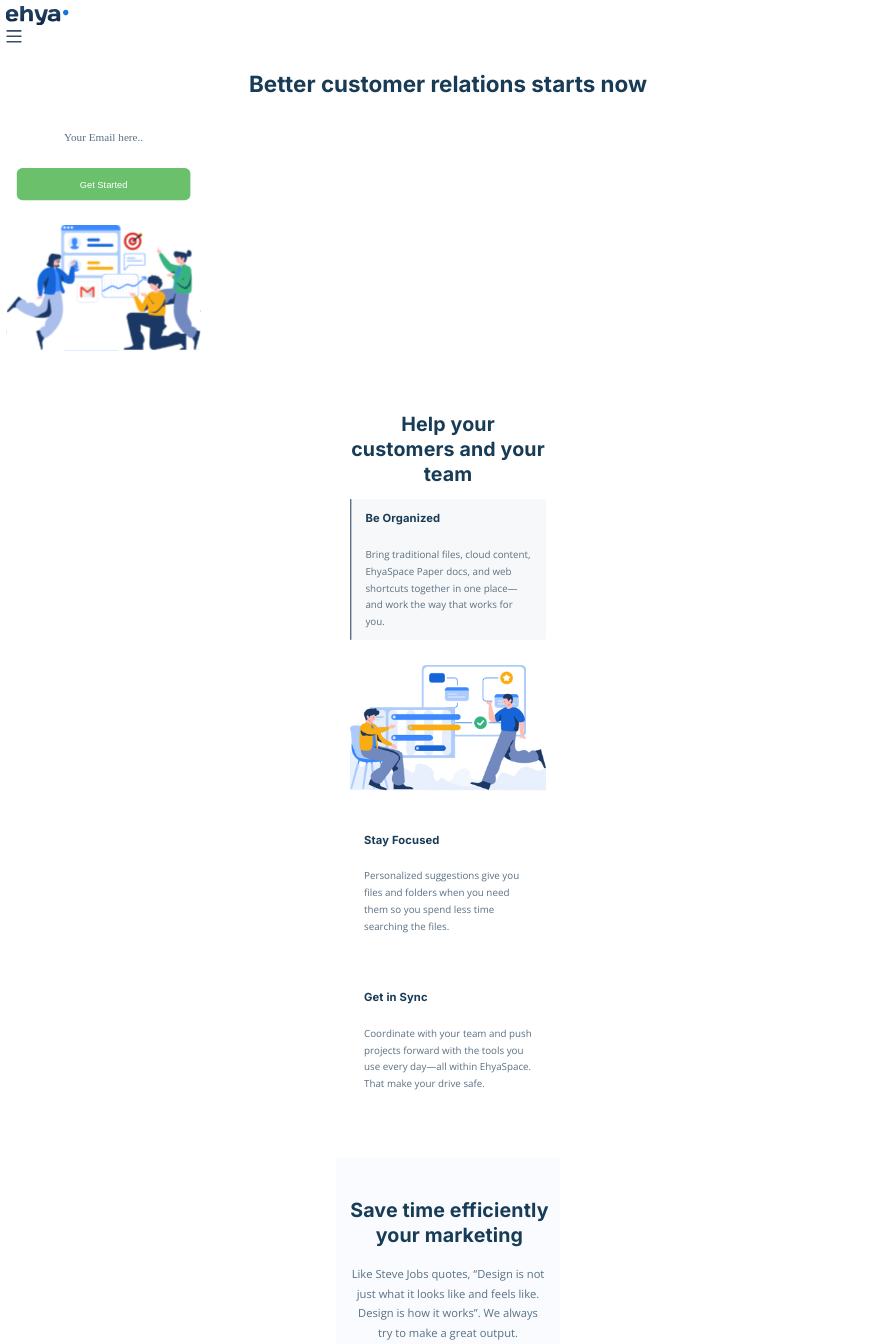
Repository: umlaufissss/provaFront
Page: HTML/index.html
These files come from the project's save history. The page is drawn as it stood at one moment and after the next save; the edit follows.
The browser window is 1280 px wide. The pictures show the part of the page from y = 0 to 1920 px (the page is 3531 px tall before and 3695 px after), at 70% of full size.
Some web fonts or font styles are not loaded; a fallback is used.

Above is the page before, as saved 2026-06-22 19:23:26.

### HTML/index.html
<!DOCTYPE html>
<html lang="pt-br">
<head>
    <meta charset="UTF-8">
    <meta name="viewport" content="width=device-width, initial-scale=1.0">
    <link rel="stylesheet" href="../CSS/style.css">
    <link href="https://fonts.googleapis.com/css2?family=Inter:ital,opsz,wght@0,14..32,100..900;1,14..32,100..900&family=Montserrat:ital,wght@0,100..900;1,100..900&family=Paytone+One&display=swap" rel="stylesheet">
    <link href="https://fonts.googleapis.com/css2?family=Inter:ital,opsz,wght@0,14..32,100..900;1,14..32,100..900&family=Montserrat:ital,wght@0,100..900;1,100..900&family=Open+Sans:ital,wght@0,300..800;1,300..800&family=Paytone+One&display=swap" rel="stylesheet">

    <title>Prova de Recuperação Front End</title>
</head>
<body>

    <header class="mainGrid">
        <section class="generalCard">

            <section class="topCima">

                <!-- logo -->
                <div class="sonnImg">
                    <img src="/assets/icons/Logo.svg" alt="logo">
                </div>

                <div class="menu">
                    <img src="/assets/icons/ic_Menu (1).svg" alt="menu">
                </div>

            </section>

            <section class="meio">
                <div class="phrase">
                        <h1>Better customer relations starts now<h1>
                </div>

                <div class="card">

                    <p>Your Email here..<p>

                    <button type="button" class="button-submit">Get Started</button>

                </div>

                <div class="imagemTop">
                    <img src="/assets/img/Customer Development.svg" alt="imagemInicio">
                </div>

            </section>




        </section>
    </header>


    <main class="masterBoard">

        <section class="hero" id="teamSuggestions">

            <!-- Aqui a linha não é quebrada como proposto no Figma,
             mas seus valores de width e height são idênticos no CSS
             VEJA: "#teamSuggestions h2" em style.css-->
            <h2>Help your customers and your team</h2>

            <article class="cardSuggestions" id="beOrganized">
                <h3>
                    Be Organized
                </h3>
                <p>
                    Bring traditional files, cloud content,
                    EhyaSpace Paper docs, and web
                    shortcuts together in one
                    place—and work the way that works
                    for you.
                </p>
            </article>

            <img src="../assets/img/Organize Operations.png" alt="Organize Operations with Your Team">

            <article class="cardSuggestions">
                <h3>
                    Stay Focused
                </h3>
                <p>
                    Personalized suggestions give you
                    files and folders when you need
                    them so you spend less time
                    searching the files.
                </p>
            </article>

            <article class="cardSuggestions">
                <h3>Get in Sync</h3>
                <p>
                    Coordinate with your team and push
                    projects forward with the tools you
                    use every day—all within EhyaSpace.
                    That make your drive safe.
                </p>
            </article>
        </section>

    </main>

        <section class="second" id="saveTime">

            <h2>
                Save time efficiently your marketing
            </h2>

            <p>
                Like Steve Jobs quotes, “Design is not
                just what it looks like and feels like.
                Design is how it works”. We always
                try to make a great output.
            </p>

            <a class="btnLearn" href="/">
                <button type="button" aria-label="Click here to learn more">
                    Learn More <img src="../assets/icons/arrow.png">
                </button>
            </a>

            <img class="woman" src="../assets/img/Woman Falling.png" alt="Woman learning marketing">

            <img class="line" id="dotted" src="../assets/img/Line.png">

            <article class="quoteAndries">

                <!-- Aqui a linha não é quebrada como proposto no Figma,
                 mas seus valores de width e height são idênticos no CSS
                 VEJA: "#saveTime .quoteAndries p" em style.css-->
                <p>
                    “In-context messaging lets us form 1:1
                    connections  with our users
                    more efficient.
                </p>

                <h3>Andries Grootoonk</h3>
                <h4>VP Quality Assurance</h4>

                <img src="../assets/img/LogoUnionBank.png" alt="Logo of Union Bank">
            </article>
        </section>

        <section class="third" id="support">
            <h2>We try to give all for our member</h2>
            <p>
                The customer journey differs for
                everybody—whether you use them
                together or on their own, our
                products are flexible enough to pave
                 the path that’s best for you.
            </p>

            <h3>The Support Site</h3>

            <a class="btnSupport" href="/">
                <button type="button" aria-label="Click here to have the full service experience">
                    The full service experience <img src="../assets/icons/whiteArrow.png">
                </button>
            </a>
        </section>

        <footer class="baseboard">
            <section class="principalBaseboard">
                <div class="cardFooter">
                    <h4>Product</h4>
                    <ul>
                        <li><a href="/">Landingpage</a></li>
                        <li><a href="/">Features</a></li>
                        <li><a href="/">Documentation</a></li>
                        <li><a href="/">Referral Program</a></li>
                        <li><a href="/">Pricing</a></li>
                    </ul>
                </div>

                <div class="cardFooter">
                    <h4>Services</h4>
                    <ul>
                        <li><a href="/">Documentation</a></li>
                        <li><a href="/">Design</a></li>
                        <li><a href="/">Themes</a></li>
                        <li><a href="/">Illustrations</a></li>
                        <li><a href="/">UI Kit</a></li>
                    </ul>
                </div>

                <div class="cardFooter">
                    <h4>Company</h4>
                    <ul>
                        <li><a href="/">About</a></li>
                        <li><a href="/">Terms</a></li>
                        <li><a href="/">Privacy Policy</a></li>
                        <li><a href="/">Careers</a></li>
                    </ul>
                </div>

                <div class="cardFooter">
                    <h4>More</h4>
                    <ul>
                        <li><a href="/">Documentation</a></li>
                        <li><a href="/">License</a></li>
                        <li><a href="/">Changelog</a></li>
                    </ul>
                </div>
            </section>

            <section class="bottomBaseboard">

                <div class="mainIcon">
                    <img src="/assets/icons/Logo.svg" alt="Logo 'ehya' do site">
                </div>

                <p>Build a modern and creative website with crealand</p>

                <div class="networkIcons">
                    <article class="icon">
                        <a href="/"><button><img src="/assets/icons/IconG.svg" alt="Ir para página Google"></button></a>
                    </article>

                    <article class="icon">
                        <a href="/"><button><img src="/assets/icons/IconT.svg" alt="Ir para nosso perfil do Twitter"></button></a>
                    </article>

                    <article class="icon">
                        <a href="/"><button><img src="/assets/icons/IconI.svg" alt="Ir para nosso perfil do Instagram"></button></a>
                    </article>

                    <article class="icon">
                        <a href="/"><button><img src="/assets/icons/IconL.svg" alt="Ir para nosso perfil do Linkedin"></button></a>
                    </article>

                    </div>
                </section>
        </footer>
</body>
</html>

### CSS/style.css
:root
{
    --color-white: #FFF;
    --color-vibrant-green: #36B37E;
    --color-bright-gray: #F9FBFE;
    --color-brigther-gray: #F9FBFE;
    --color-navy-blue: #183B56;
    --color-vibrant-dark-blue: #1565D8;
    --color-steel-blue: #5A7184;
    --color-gray: #B3BAC5;
    --color-dotted-line: #9DAAB6;
    --color-light-green: #EBF8F3;

    /*Opacidade*/
    --color-steel-blue-opacity10: rgba(179, 186, 197, 0.1);
}

*
{
    box-sizing: border-box;
}

.mainGrid
{
    margin: 0px;
    color: var(--color-light-green);

}

/* logo*/
.soonImg img{
  display: flex;
  justify-content: space-between;
  align-items: center;
  margin:0px;
}


.meio .phrase h1{
    font-family: "Inter" , sans-serif;
    color: #183B56;
    font-weight: 300 ;

    font-family: Inter;
    font-weight: 700;
    font-size: 32px;
    text-align: center;

}

.card{
    display: grid;
    text-align: center;
    background-color: white;
    color: #5A7184;

    width: 280px;
    height: 132px;
    top: 206px;
    left: 20px;


    border-radius: 8px;
    justify-content: center;
    align-items: center;
}


.card button{
    background-color: rgb(107, 192, 107);
    color: white;

    height: 46px;
    width: 248px;
    border: 0px;
    border-radius: 8px;

    top: 276px;
    left: 36px;


}

.imagemTop img{
    width: 280px;
    height: 180px;

    margin: 18px 0 18px;

}




.masterBoard
{
    padding: 0 20px;
    background-color: var(--color-white);

    width: 320px;
    justify-self: center;
}

#teamSuggestions
{
    display: flex;
    flex-direction: column;
    justify-self: center;

    padding: 64px 0 56px;
}
#teamSuggestions h2
{
    font-family: "Inter", sans-serif;
    font-weight: 700;
    font-size: 28px;
    line-height: 36px;
    letter-spacing: 0.2px;
    text-align: center;

    color: var(--color-navy-blue);

    margin: 0;

    width: 280px;
    height: 108px;
}

#teamSuggestions .cardSuggestions
{
    width: 280px;
    height: 201px;
    display: flex;
    flex-direction: column;
    justify-content: center;

    margin: 12px 0;
}

#teamSuggestions .cardSuggestions h3
{
    font-family: "Inter",sans-serif;
    font-weight: 700;
    font-size: 16px;
    line-height: 20px;
    letter-spacing: 0.2px;

    color: var(--color-navy-blue);

    margin-left: 20px;
}

#teamSuggestions .cardSuggestions p
{
    font-family: Open Sans;
    font-weight: 400;
    font-size: 14px;
    line-height: 24px;
    letter-spacing: 0px;

    color: var(--color-steel-blue);
    margin-left: 20px;

    width: 240px;
}

#teamSuggestions img
{
    width: 280px;
    height: 180px;

    margin: 18px 0 18px;
}

#teamSuggestions #beOrganized
{

    background-color: var(--color-steel-blue-opacity10);
    border-left: 2px solid var(--color-steel-blue);

    margin: 18px 0;
}

#saveTime
{
    padding: 56px 20px 58px;
    background-color: var(--color-brigther-gray);

    width: 320px;
    display: flex;
    flex-direction: column;
    justify-self: center;
    text-align: center;
}

#saveTime h2
{
    font-family: "Inter", sans-serif;
    font-weight: 700;
    font-size: 28px;
    line-height: 36px;
    letter-spacing: 0.2px;
    text-align: center;

    color: var(--color-navy-blue);

    width: 284px;
    height: 72px;

    margin: 0;
}

#saveTime p
{
    font-family: "Open Sans", sans-serif;
    font-weight: 400;
    font-size: 16px;
    line-height: 28px;
    letter-spacing: 0px;
    text-align: center;

    color: var(--color-steel-blue);

    width: 280px;
    height: 112px;

    margin: 24px 0;
}

#saveTime .btnLearn
{
    display: flex;

    justify-content: center;
    margin-bottom: 34px;

    text-decoration: none;

}

#saveTime .btnLearn button
{
    font-family: "Open Sans", sans-serif;
    font-weight: 700;
    font-size: 16px;
    line-height: 100%;
    letter-spacing: 0px;

    background-color: transparent;
    border: none;
    color: var(--color-vibrant-dark-blue);
}

#saveTime .btnLearn button img
{
    margin-left: x;
}

#saveTime .woman
{
    width: 280px;
    height: 192px;
}

#saveTime #dotted.line
{
    margin: 40px 0 37px;
}

#saveTime .quoteAndries p
{
    font-family: "Open Sans", sans-serif;
    font-weight: 400;
    font-size: 14px;
    line-height: 24px;
    letter-spacing: 0px;
    text-align: center;

    width: 280px;
    height: 72px;

    margin: 0;

    color: var(--color-steel-blue);
}

#saveTime .quoteAndries h3
{
    font-family: "Open Sans", sans-serif;
    font-weight: 600;
    font-size: 16px;
    line-height: 100%;
    letter-spacing: 0px;

    color: var(--color-navy-blue);

    margin: 20px 0 7px;
}

#saveTime .quoteAndries h4
{
    font-family: Open Sans;
    font-weight: 400;
    font-size: 14px;
    line-height: 20px;
    letter-spacing: 0px;
    text-align: center;

    color: var(--color-steel-blue);

    margin: 0 0 20px;
}

#saveTime .quoteAndries img
{
    width: 102.85px;
    height: 34.1px;
}

.cardFooter ul{
    list-style-type: none;
    margin: 15px;
    margin: 0px;
    padding: 0px;

}
.cardFooter a{
    font-family: "Open Sans", sans-serif;
    font-size: 14px;
    color: var(--color-navy-blue);
    text-decoration: none;
}

After the next save:
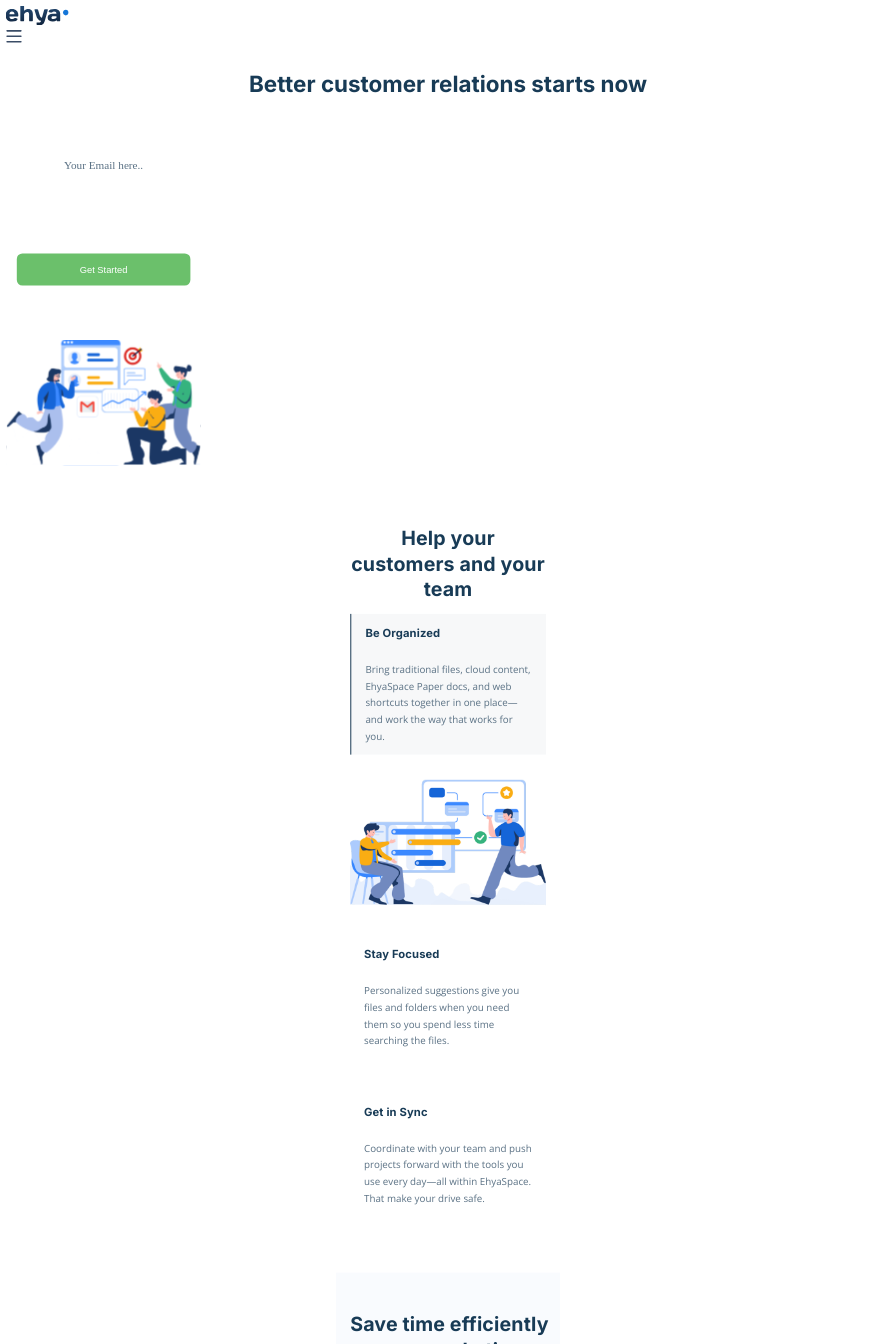
Saved 20 s later.
--- a/CSS/style.css
+++ b/CSS/style.css
@@ -48,7 +48,7 @@
 
 }
 
-.card{
+.card p{
     display: grid;
     text-align: center;
     background-color: white;

After the save that followed:
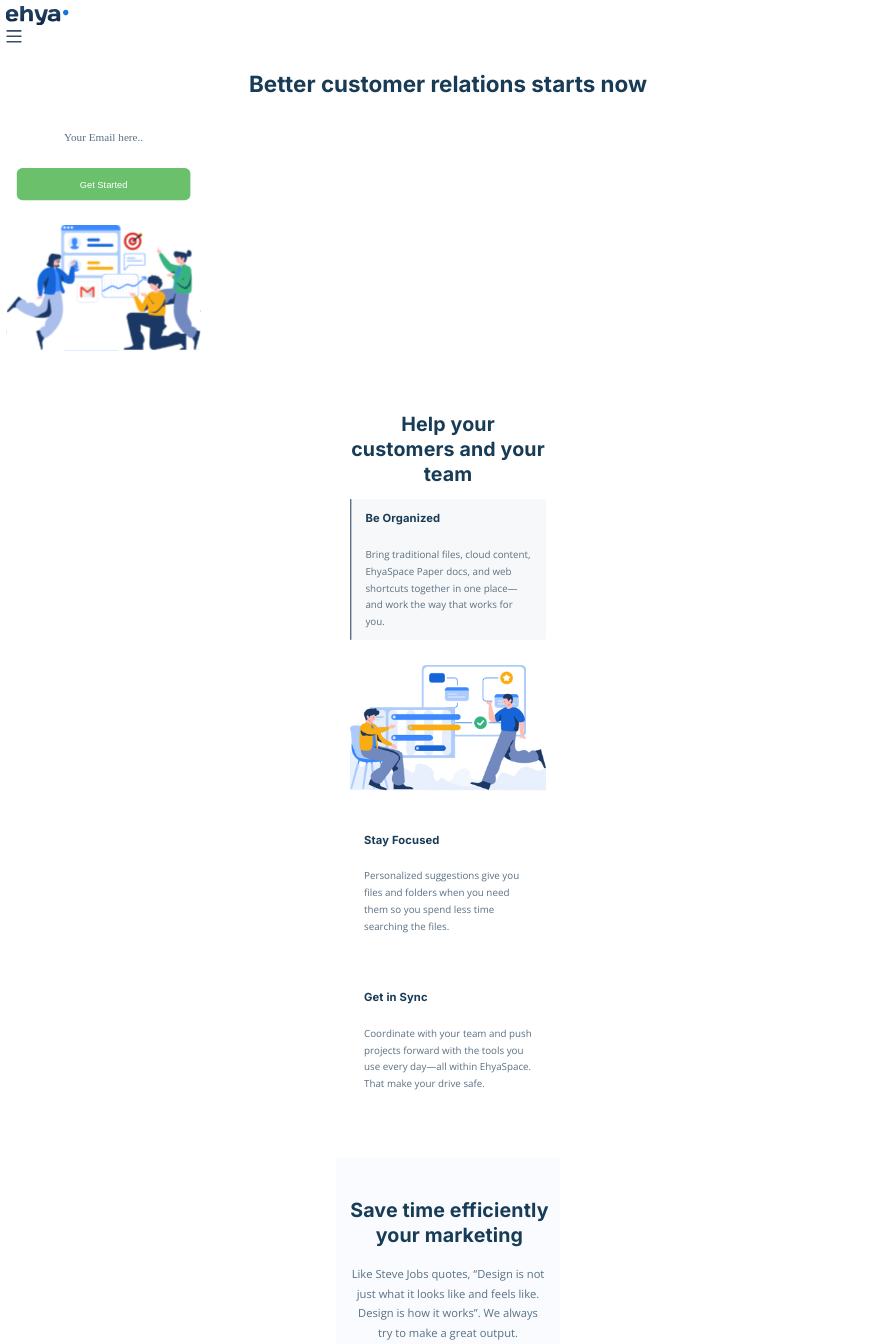
Saved 6 s later.
--- a/CSS/style.css
+++ b/CSS/style.css
@@ -48,7 +48,7 @@
 
 }
 
-.card p{
+.card{
     display: grid;
     text-align: center;
     background-color: white;
